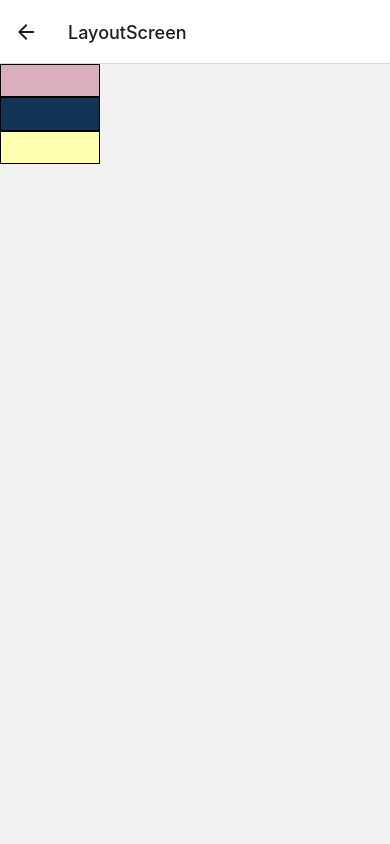
Repository: DS151-UFPR-2023/DS151_Israel-De-Quadros_EX4
Screen: /LayoutScreen
The author's editor kept a copy of each file at every save. The screen is drawn from the files as they stood at one save, then again after the next save.
The app was drawn by React Native's web renderer in a window 390 px wide. The project was rebuilt for these pictures with package versions that can differ from the ones it lists, and the page was loaded fresh each time. Also part of the build but not shown: src/components/style.js, src/components/title/index.js, src/components/result/index.js, src/components/form/index.js, src/components/main/index.js, src/components/novoComponente/index.js, src/components/counterScreen.js, src/components/ColorList.js.

Above is the screen before, as saved 2023-09-08 18:40:30.

### App.js
import { StatusBar } from 'expo-status-bar';
import { StyleSheet, Text, View } from 'react-native';
import Title from './src/components/title';
import Main from './src/components/main';
import Home2 from './src/components/novoComponente';
import { NavigationContainer } from '@react-navigation/native';
import { createStackNavigator } from '@react-navigation/stack';
import HomeScreen from './src/HomeScreen';
import CounterScreen from './src/components/counterScreen';
import Form from './src/components/form';
import ColorList from './src/components/ColorList';
import LayoutScreen from './src/components/LayoutScreen';

const Stack = createStackNavigator();

export default function App() {
  return (
    <NavigationContainer>
      <Stack.Navigator>
        <Stack.Screen name="Home" component={HomeScreen} />
        <Stack.Screen name="Home2" component={Home2} />
        <Stack.Screen name="CounterScreen" component={CounterScreen} />
        <Stack.Screen name="Form" component={Form} />
        <Stack.Screen name="ColorList" component={ColorList} />
        <Stack.Screen name="LayoutScreen" component={LayoutScreen} />
      </Stack.Navigator>
    </NavigationContainer>
  );
}

const styles = StyleSheet.create({
  container: {
    flex: 1,
    backgroundColor: '#999',
    alignItems: 'center',
    justifyContent: 'center',
  },
});

### src/HomeScreen.js
import React from "react";
import { View, Text, StyleSheet, Button } from 'react-native';

function HomeScreen({ navigation }) {
    return (
        <View style={style.mainView}>
            <Text>Home Screen</Text>
            <Button title="Ir para Galeria!"
                onPress={() => navigation.navigate('Home2')}
            />
            <Button title="Ir para Counter!"
                onPress={() => navigation.navigate('CounterScreen')}
            />
            <Button title="Ir para Form!"
                onPress={() => navigation.navigate('Form')}
            />
            <Button title="Ir para ColorList!"
                onPress={() => navigation.navigate('ColorList')}
            />
            <Button title="Ir para LayoutScreen!"
                onPress={() => navigation.navigate('LayoutScreen')}
            />
        </View>
    )
}

export default HomeScreen;

const style = StyleSheet.create({
    mainView: {
        flex: 1,
        alignItems: 'center',
        justifyContent: 'center'
    }
})

### src/components/LayoutScreen.js
import React from "react";
import { View, Text, StyleSheet } from "react-native";

const LayoutScreen = () => {
    return (
        <View style={styles.root}>
            <View style={styles.elm1}></View>
            <View style={styles.elm2}></View>
            <View style={styles.elm3}></View>
        </View>
    )
}
const styles = StyleSheet.create({
    root: {
        width: 100,
        height: 100,
        backgroundColor: '#FFFFAF',
    },
    elm1 : {
        flex:1,
        borderWidth: 1,
        backgroundColor: '#DAAEBB',
    },
    elm2 : {
        flex:1,
        borderWidth: 1,
        backgroundColor: '#123456',
    },
    elm3 : {
        flex:1,
        borderWidth: 1,
        backgroundColor: '#red',
    },
});
export default LayoutScreen;

After the next save:
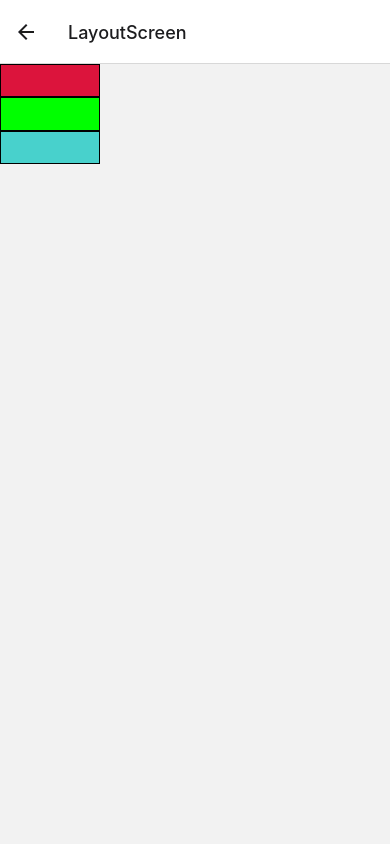
Saved 52 s later.
--- a/src/components/LayoutScreen.js
+++ b/src/components/LayoutScreen.js
@@ -14,22 +14,22 @@ const styles = StyleSheet.create({
     root: {
         width: 100,
         height: 100,
-        backgroundColor: '#FFFFAF',
+        backgroundColor: '#00FA9A',
     },
     elm1 : {
         flex:1,
         borderWidth: 1,
-        backgroundColor: '#DAAEBB',
+        backgroundColor: '#DC143C',
     },
     elm2 : {
         flex:1,
         borderWidth: 1,
-        backgroundColor: '#123456',
+        backgroundColor: '#00FF00',
     },
     elm3 : {
         flex:1,
         borderWidth: 1,
-        backgroundColor: '#red',
+        backgroundColor: '#48D1CC',
     },
 });
 export default LayoutScreen;
